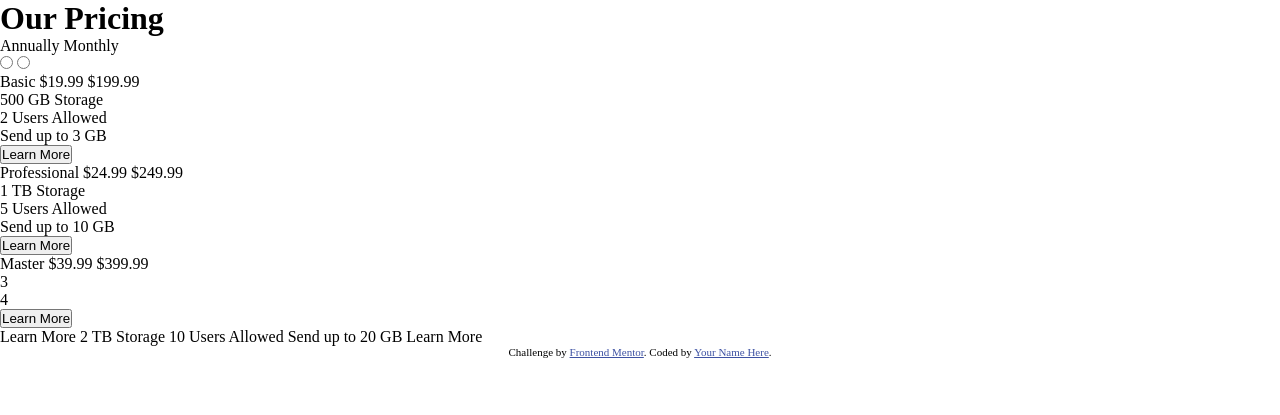
Repository: JuzzJoel/pricing-component-with-toggle-master
Page: index.html
These files come from the project's save history. The page is drawn as it stood at one moment and after a run of saves; the edit follows.
The browser window is 1280 px wide. The pictures show the whole page.

Above is the page before, as saved 2025-05-24 07:51:22.

After the next 6 saves:
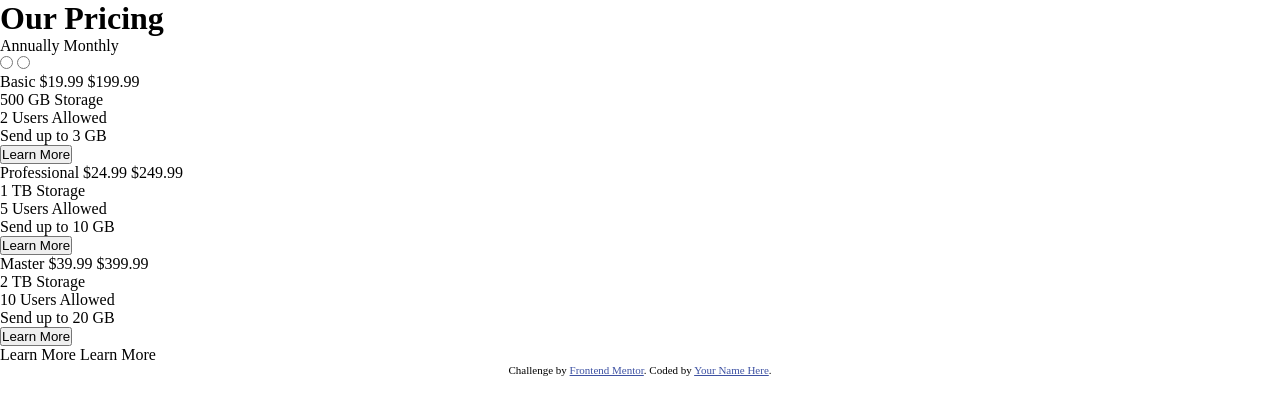
The 6 saves are shown as one change because they came seconds apart.
The last was saved 19 s later.
--- a/index.html
+++ b/index.html
@@ -82,9 +82,9 @@
             <div class="rowshead">Master
             &dollar;39.99
             &dollar;399.99</div>
-            <div class="rows"></div>
-            <div class="rows">3</div>
-            <div class="rows">4</div>
+            <div class="rows">2 TB Storage</div>
+            <div class="rows">10 Users Allowed</div>
+            <div class="rows">Send up to 20 GB</div>
             <div class="rows"><button>Learn More</button></div>
           </div>
         </div>
@@ -108,9 +108,9 @@
   Learn More
 
 
-  2 TB Storage
-  10 Users Allowed
-  Send up to 20 GB
+
+
+
   Learn More
 
   <div class="attribution">
